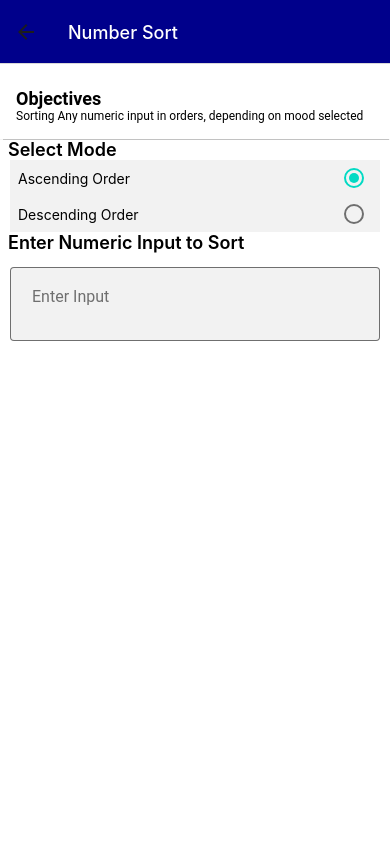
Repository: seyicoded/rn-crazy-algorithm-app
Screen: /Sort_simple_number
These files come from the project's save history. The screen is drawn as it stood at one moment and after the next save; the edit follows.
The app was drawn by React Native's web renderer in a window 390 px wide. The project was rebuilt for these pictures with package versions that can differ from the ones it lists, and the page was loaded fresh each time. Also part of the build but not shown: src/screens/sort.js, src/screens/filter.js, src/screens/advance.js, src/screens/sorts/Sort_alphabet.js.

Above is the screen before, as saved 2022-03-30 18:01:58.

After the next save:
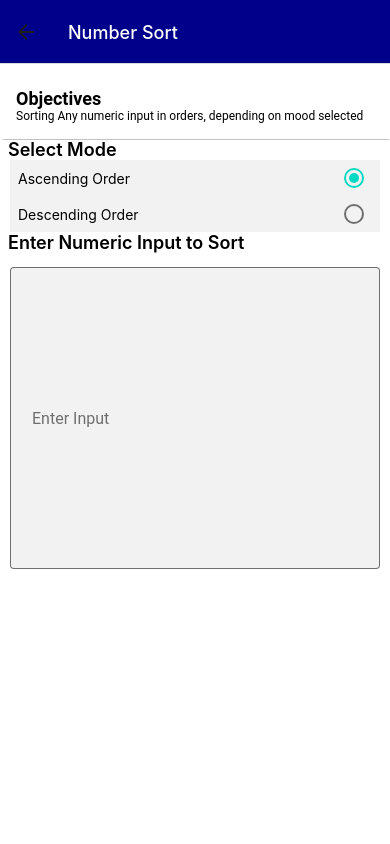
Saved 30 s later.
--- a/src/screens/sorts/Sort_simple_number.js
+++ b/src/screens/sorts/Sort_simple_number.js
@@ -77,5 +77,6 @@
         marginVertical: 8,
         backgroundColor: 'rgba(0, 0, 0, 0.05)',
         paddingHorizontal: 8,
+        height: 300
     },
 })

After the save that followed:
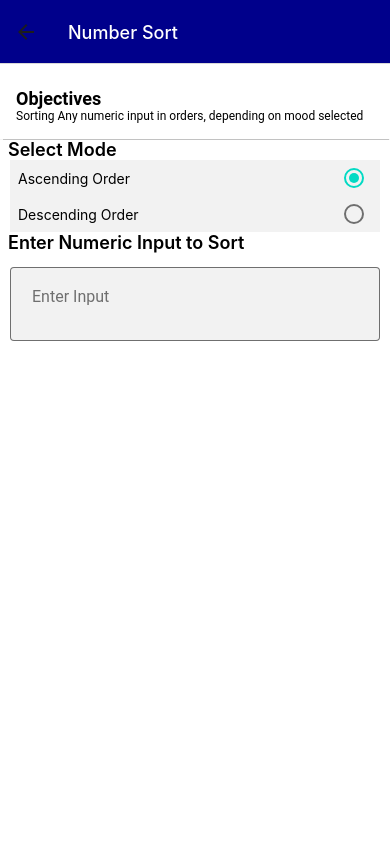
Saved 8 s later.
--- a/src/screens/sorts/Sort_simple_number.js
+++ b/src/screens/sorts/Sort_simple_number.js
@@ -77,6 +77,5 @@
         marginVertical: 8,
         backgroundColor: 'rgba(0, 0, 0, 0.05)',
         paddingHorizontal: 8,
-        height: 300
     },
 })
